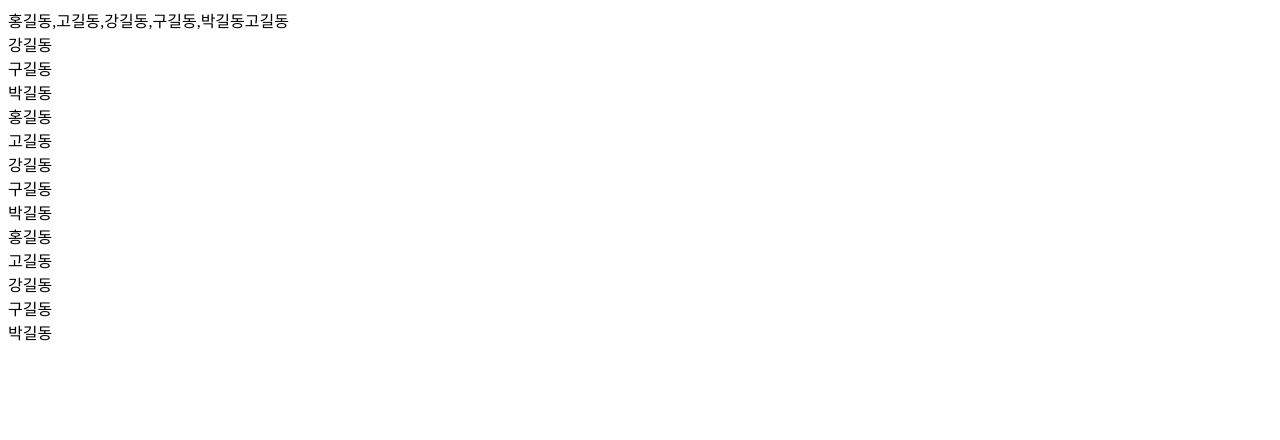
Repository: Jooheehan-kopo/web-workspace
Page: Lecture-web/WebContent/javascript/array/exam02.html
These files come from the project's save history. The page is drawn as it stood at one moment and after the next save; the edit follows.
The browser window is 1280 px wide. The pictures show the whole page.

Above is the page before, as saved 2021-06-14 00:44:36.

After the next save:
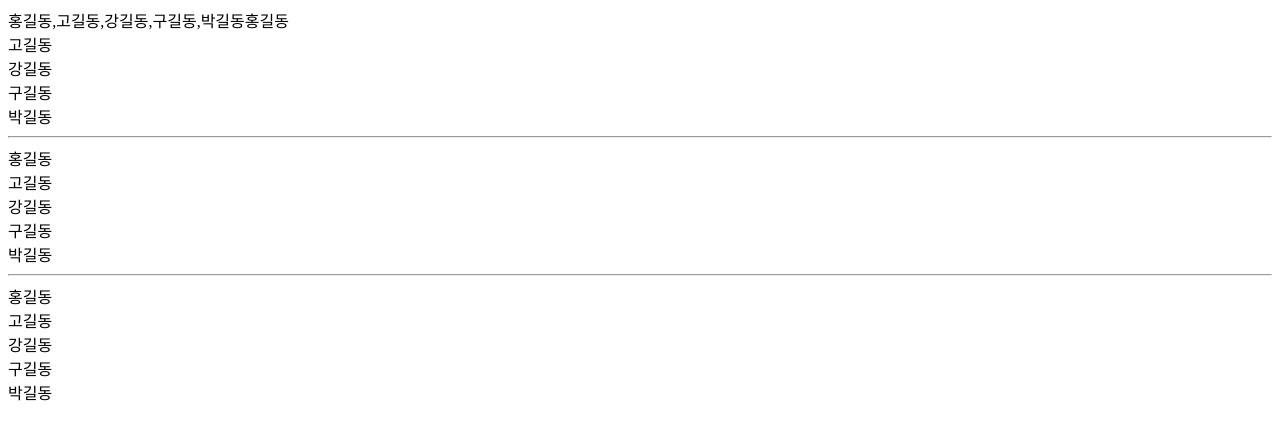
Saved 29 s later.
--- a/Lecture-web/WebContent/javascript/array/exam02.html
+++ b/Lecture-web/WebContent/javascript/array/exam02.html
@@ -6,15 +6,18 @@
 <script>
 	let names = ['홍길동','고길동','강길동','구길동','박길동']
 	document.write(names+'<br')
+	document.write('<hr>')
 
 	for (let index=0; index<names.length;index++){
 		document.write(names[index]+'<br>')
 		console.log(names[index])
 
 	}
+	document.write('<hr>')
 	for (let i in names){  //in
 		document.write(names[i]+'<br>')
 	}
+	document.write('<hr>')
 
 	for(let name of names){
 		//document.write(name+'<br>')
